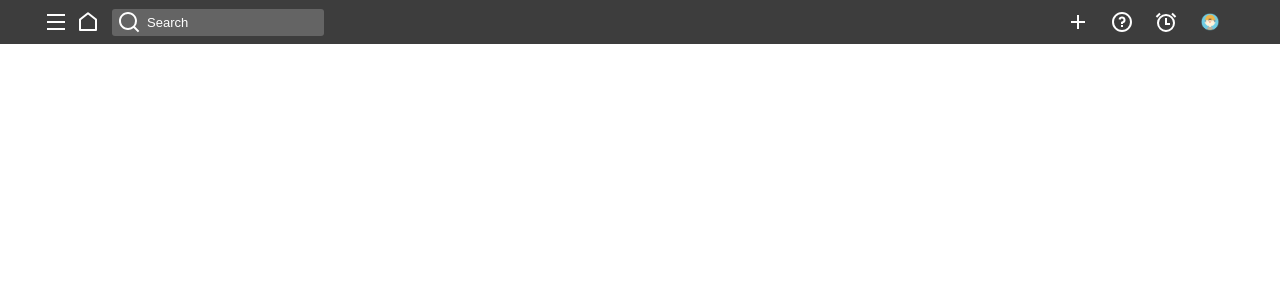
Repository: huuthe1999/to-do-list
Page: /
The author's editor kept a copy of each file at every save. The page is drawn from the files as they stood at one save, then again after the next save.
The browser window is 1280 px wide. The pictures show the whole page.
The project was rebuilt for these pictures with package versions that can differ from the ones it lists, and the page was loaded fresh each time.

Above is the page before, as saved 2022-02-13 15:25:24.

After the next save:
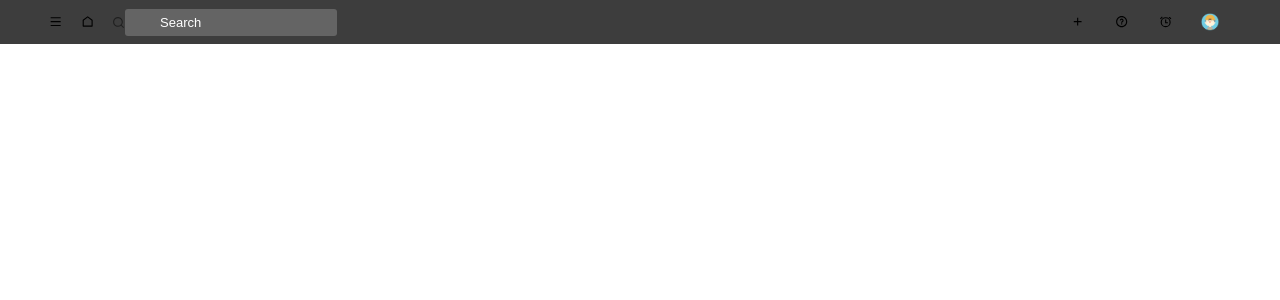
Saved 2 min 56 s later.
--- a/src/components/topBar/TopBar.js
+++ b/src/components/topBar/TopBar.js
@@ -13,26 +13,26 @@ const TopBar = () => {
 		<div className='topbar'>
 			<div className='topbar__inner'>
 				<div className='topbar__inner-leftControl'>
-					<button>
-						<RiMenuLine className='topbar__icon' />
+					<button className='topbar__button'>
+						<RiMenuLine className='topbar__button-icon' />
 					</button>
-					<button>
-						<RiHomeLine className='topbar__icon' />
+					<button className='topbar__button'>
+						<RiHomeLine className='topbar__button-icon' />
 					</button>
 					<div className='topbar__inner-leftControl-search'>
-						<RiSearchLine className='topbar__icon topbar__icon-search' />
+						<RiSearchLine className='topbar__button-icon topbar__button-icon-search' />
 						<input type='text' placeholder='Search' />
 					</div>
 				</div>
 				<div className='topbar__inner-rightControl'>
-					<button>
-						<RiAddLine className='topbar__icon' />
+					<button className='topbar__button'>
+						<RiAddLine className='topbar__button-icon' />
 					</button>
-					<button>
-						<RiQuestionLine className='topbar__icon' />
+					<button className='topbar__button'>
+						<RiQuestionLine className='topbar__button-icon' />
 					</button>
-					<button>
-						<RiAlarmLine className='topbar__icon' />
+					<button className='topbar__button'>
+						<RiAlarmLine className='topbar__button-icon' />
 					</button>
 					<button>
 						<img src={Avatar} alt='avatar' />

After the save that followed:
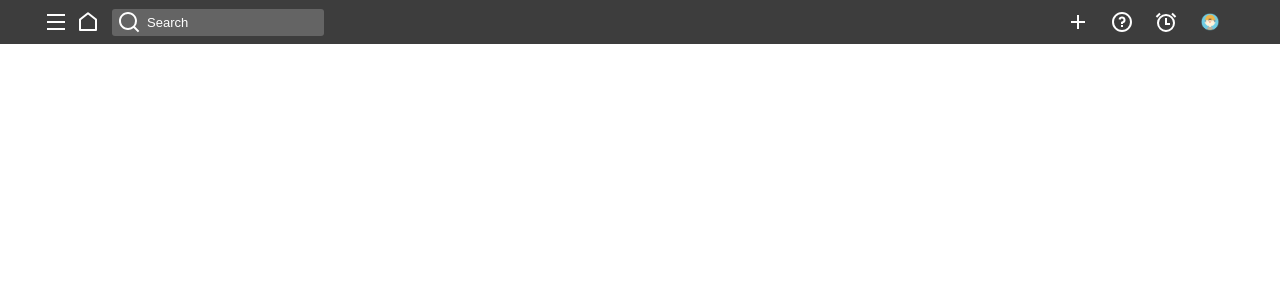
Saved 52 s later.
--- a/src/components/topBar/topbar.scss
+++ b/src/components/topBar/topbar.scss
@@ -91,16 +91,18 @@
 		}
 	}
 
-	&__icon {
-		font-size: 24px;
-		color: var(--icon-color);
+	&__button {
+		&-icon {
+			font-size: 24px;
+			color: var(--icon-color);
 
-		&-search {
-			position: absolute;
-			left: 5px;
-			top: 50%;
-			transform: translateY(-50%);
-			color: var(--icon-color);
+			&-search {
+				position: absolute;
+				left: 5px;
+				top: 50%;
+				transform: translateY(-50%);
+				color: var(--icon-color);
+			}
 		}
 	}
 }
